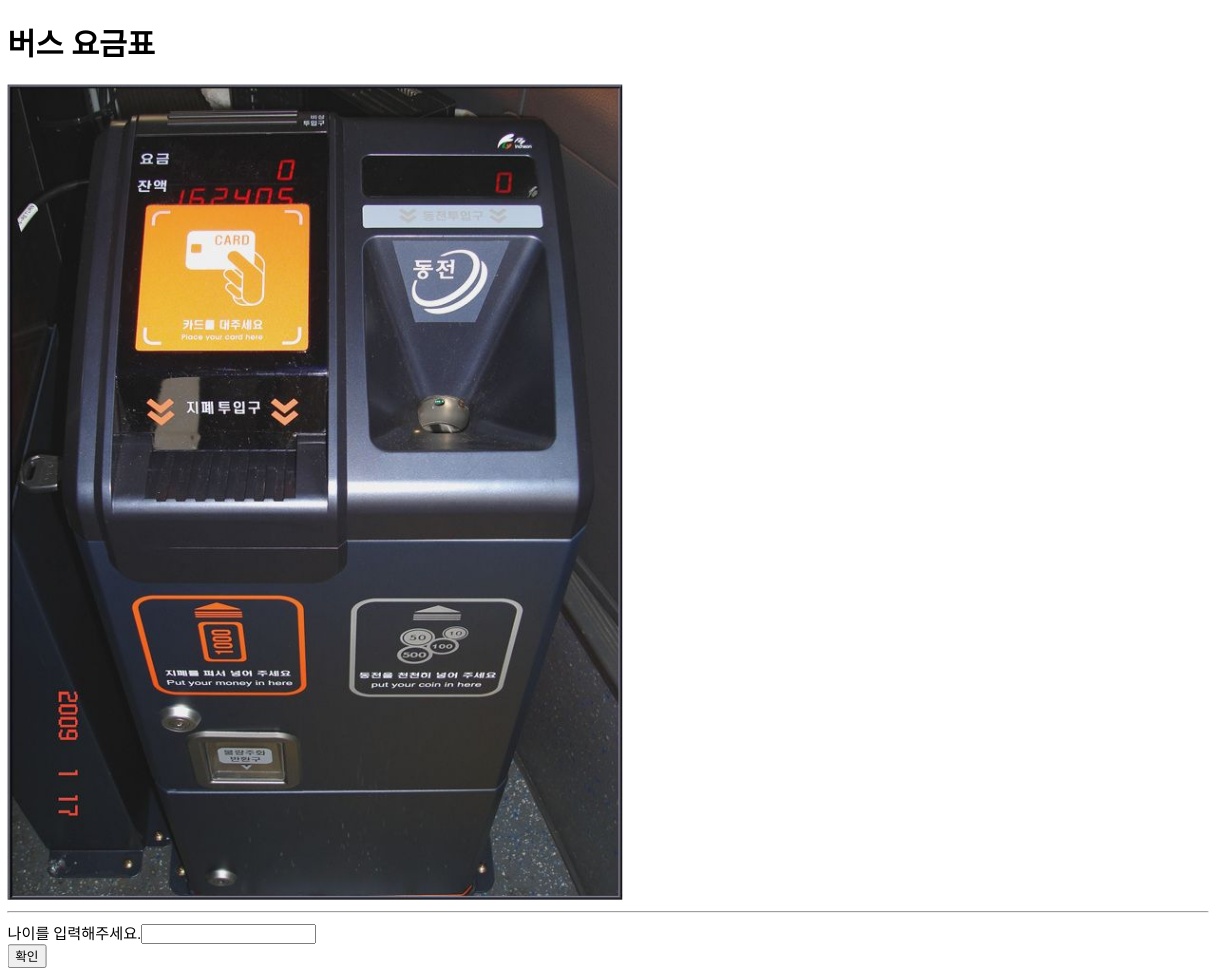
Repository: eun-chongzzz/jsp_practice
Page: http://localhost/JSPBasic/jspObject/4.objecttest/bus_form.jsp
These files come from the project's save history. The page is drawn as it stood at one moment and after the next save; the edit follows.
The browser window is 1280 px wide. The pictures show the whole page, at 95% of full size.
The page is served by Tomcat 9.

Above is the page before, as saved 2022-02-07 05:22:27.

After the next save:
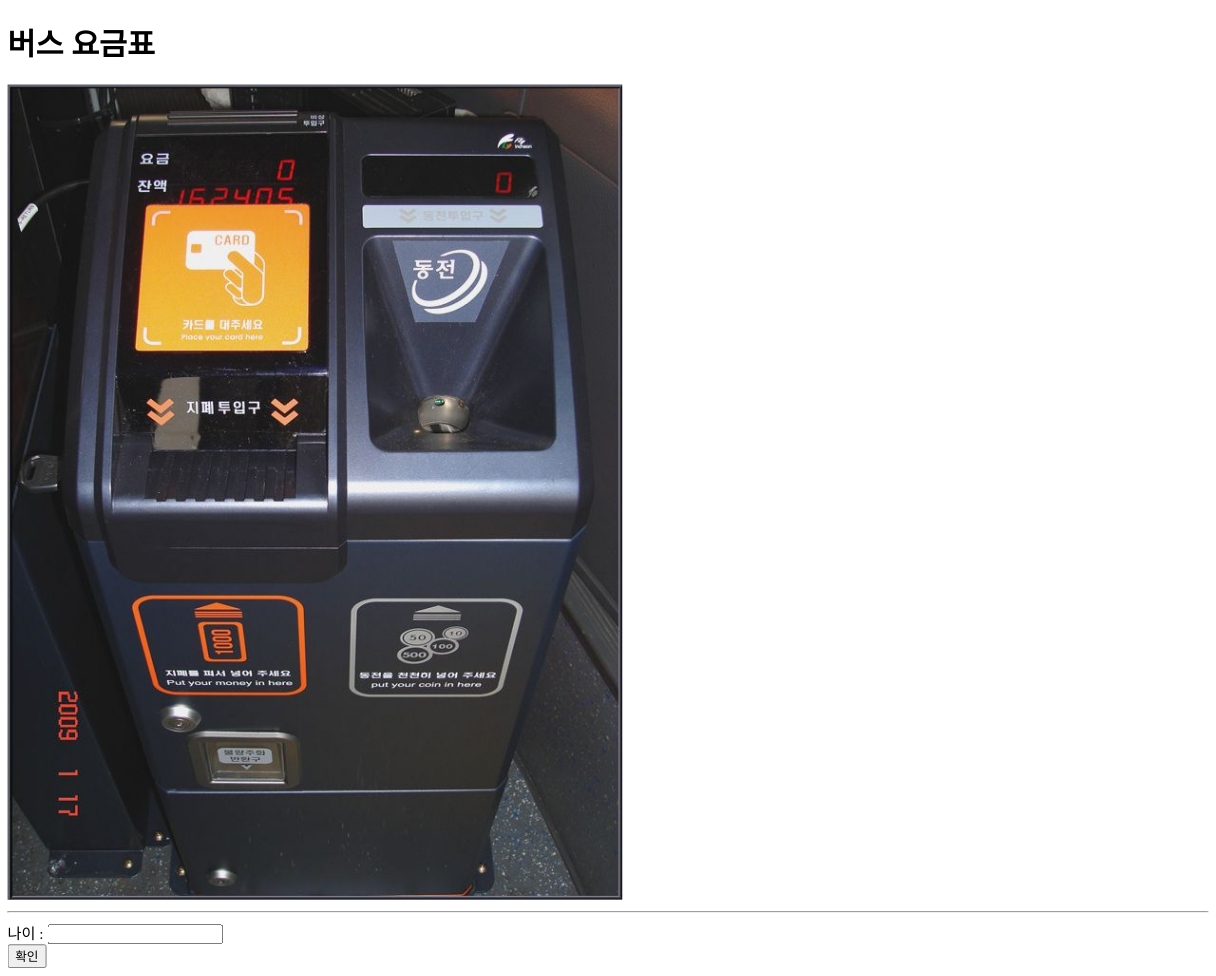
Saved 14 s later.
--- a/JSPBasic/src/main/webapp/jspObject/4.objecttest/bus_form.jsp
+++ b/JSPBasic/src/main/webapp/jspObject/4.objecttest/bus_form.jsp
@@ -11,7 +11,7 @@
 	<img src="repository/요금기.jpg">
 	<hr>
 	<form action="res_check.jsp" method="get">
-		나이를 입력해주세요.<input type="number" name="age"><br/>
+		나이 : <input type="number" name="age"><br/>
 		<input type="submit" value="확인"/><br/>
 	</form>
 </body>
